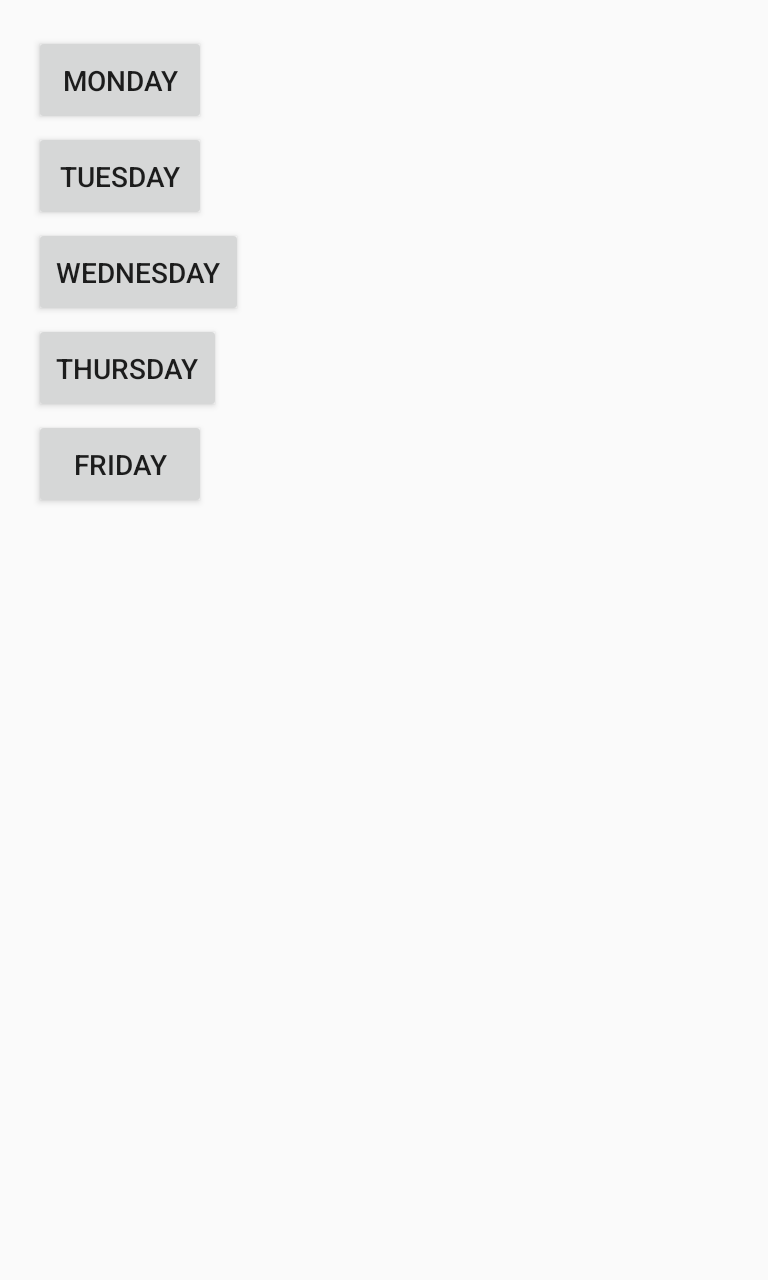
Repository: apoorvelec/AndroidApps
Layout: Gymdroid/res/layout/activity_main.xml
The author's editor kept a copy of each file at every save. The layout is drawn from the files as they stood at one save, then again after the next save.
It is drawn on a 768 x 1280 px phone screen (xhdpi) without system bars, with theme AppTheme; the app's code is not run.

Above is the layout before, as saved 2016-07-16 19:52:35.

### Gymdroid/res/layout/activity_main.xml
<LinearLayout xmlns:android="http://schemas.android.com/apk/res/android"
    xmlns:tools="http://schemas.android.com/tools"
    android:layout_width="match_parent"
    android:layout_height="match_parent"
    android:paddingBottom="@dimen/activity_vertical_margin"
    android:paddingLeft="@dimen/activity_horizontal_margin"
    android:paddingRight="@dimen/activity_horizontal_margin"
    android:paddingTop="@dimen/activity_vertical_margin"
    tools:context="com.example.gymdroid.MainActivity"
    android:orientation="vertical" >

    <Button
        android:id="@+id/Monday"
        android:layout_width="wrap_content"
        android:layout_height="wrap_content"
        android:text="@string/monday_button"
        />
    <Button
        android:id="@+id/Tuesday"
        android:layout_width="wrap_content"
        android:layout_height="wrap_content"
        android:text="@string/tuesday_button"
        />
    <Button
        android:id="@+id/Wednesday"
        android:layout_width="wrap_content"
        android:layout_height="wrap_content"
        android:text="@string/wednesday_button"
        />
    <Button
        android:id="@+id/Thursday"
        android:layout_width="wrap_content"
        android:layout_height="wrap_content"
        android:text="@string/thursday_button"
        />
    <Button
        android:id="@+id/Friday"
        android:layout_width="wrap_content"
        android:layout_height="wrap_content"
        android:text="@string/friday_button"
        />

</LinearLayout>

### Gymdroid/res/values/strings.xml
<?xml version="1.0" encoding="utf-8"?>
<resources>

    <string name="app_name">Gymdroid</string>
    <string name="hello_world">Hello world!</string>
    <string name="action_settings">Settings</string>
    <string name="monday_button">Monday</string>
    <string name="tuesday_button">Tuesday</string>
    <string name="wednesday_button">Wednesday</string>
    <string name="thursday_button">Thursday</string>
    <string name="friday_button">Friday</string>
</resources>

Loaded but not shown: Gymdroid/res/values/styles.xml (common file); Gymdroid/res/values-v11/styles.xml (common file); Gymdroid/res/values-v14/styles.xml (common file); Gymdroid/res/values/dimens.xml (common file); Gymdroid/res/values-w820dp/dimens.xml (common file)

After the next save:
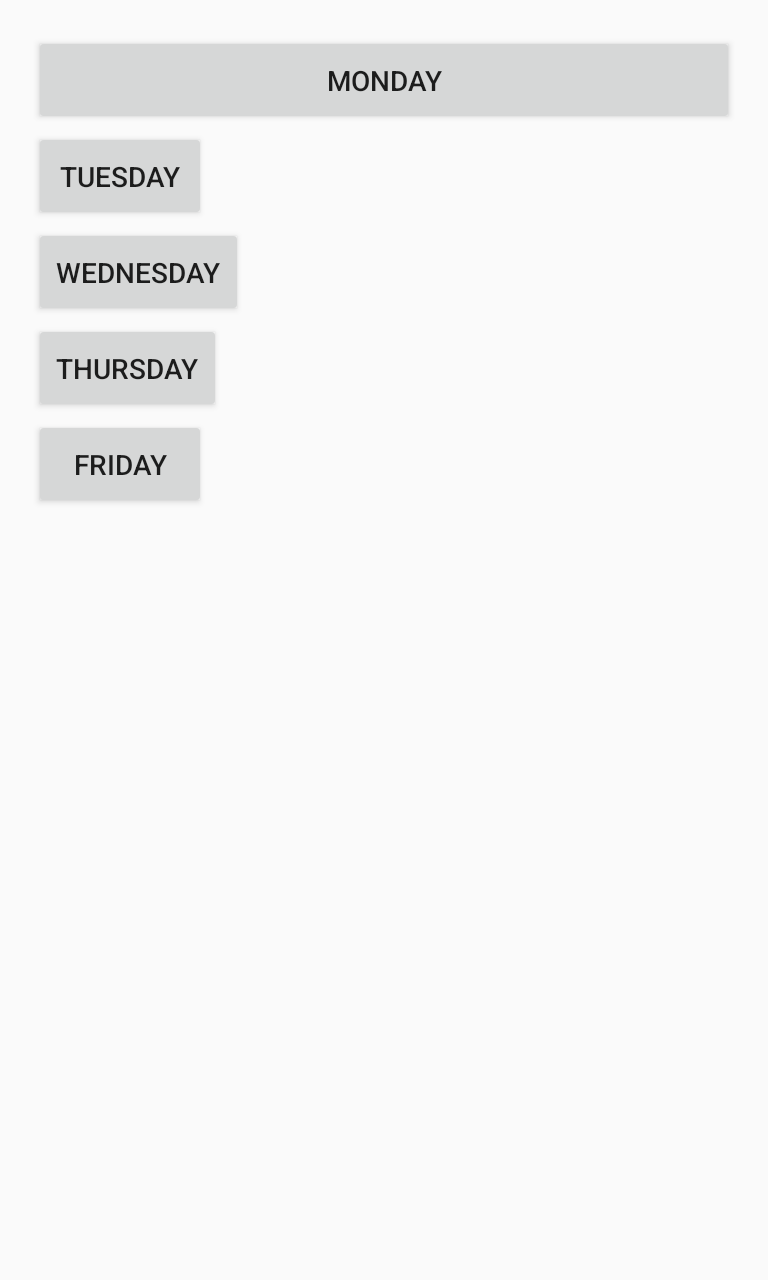
Saved 3 min 11 s later.
--- a/Gymdroid/res/layout/activity_main.xml
+++ b/Gymdroid/res/layout/activity_main.xml
@@ -11,7 +11,7 @@
 
     <Button
         android:id="@+id/Monday"
-        android:layout_width="wrap_content"
+        android:layout_width="fill_parent"
         android:layout_height="wrap_content"
         android:text="@string/monday_button"
         />
